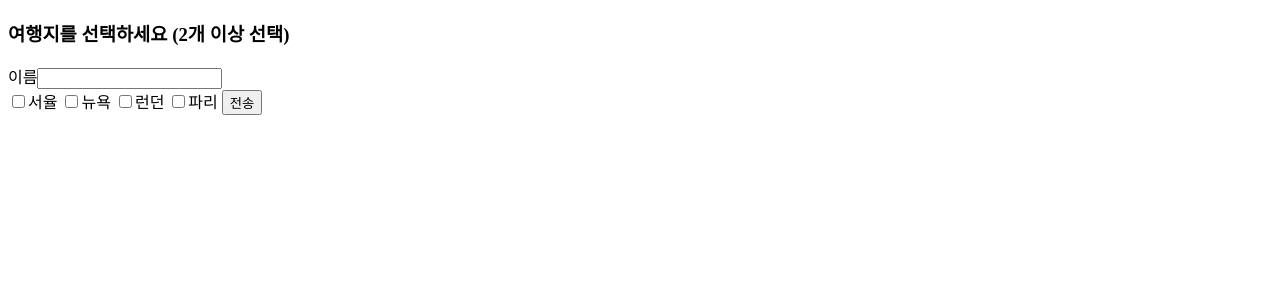
Repository: coolSummer1119/study
Page: workspace/ch03_Jsp/src/main/webapp/views/travelForm.html
The author's editor kept a copy of each file at every save. The page is drawn from the files as they stood at one save, then again after the next save.
The browser window is 1280 px wide. The pictures show the whole page.

Above is the page before, as saved 2024-04-22 01:26:42.

After the next save:
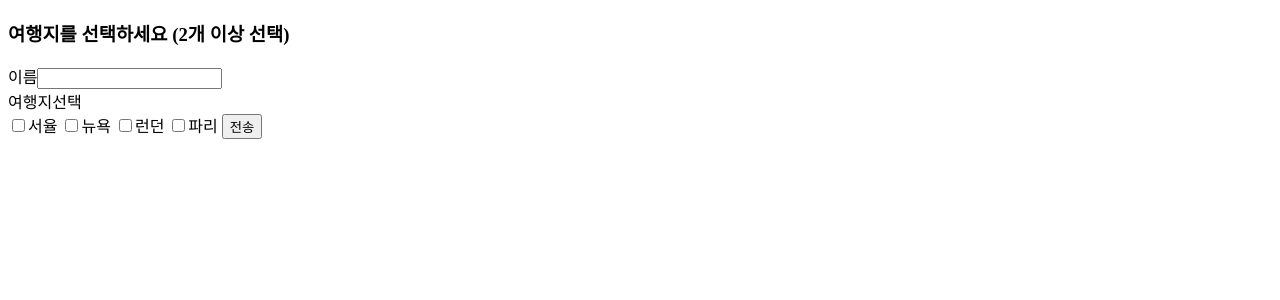
Saved 38 min 27 s later.
--- a/workspace/ch03_Jsp/src/main/webapp/views/travelForm.html
+++ b/workspace/ch03_Jsp/src/main/webapp/views/travelForm.html
@@ -17,6 +17,7 @@ method : post
 <h3>여행지를 선택하세요 (2개 이상 선택)</h3>
 <form action="/ch03_Jsp/travel" method="post">
 	이름<input type="text" name="name"><br>
+	여행지선택<br>
 	<input type="checkbox" name="city" value="서울">서율
 	<input type="checkbox" name="city" value="서울">뉴욕
 	<input type="checkbox" name="city" value="서울">런던
